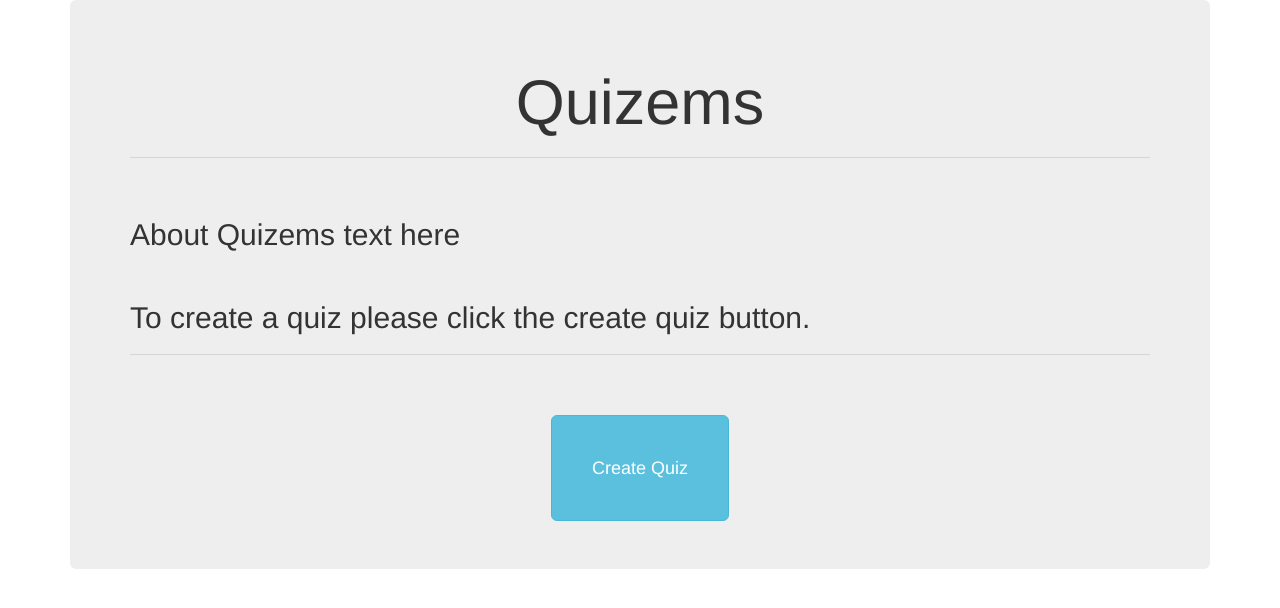
Repository: phillipdacosta/QuizemsNew
Page: /
An editor plug-in stored every save of this project. The page is shown before and after the next save, followed by the edit.
The browser window is 1280 px wide. The pictures show the whole page.
Some web libraries are served in a nearby version. The project was rebuilt for these pictures with package versions that can differ from the ones it lists, and the page was loaded fresh each time. Also part of the build but not shown: angular.json, src/app/professor/professor.component.ts, src/app/data.service.ts, src/app/question.model.ts, src/app/quiz/quiz.component.ts, src/app/student/student.component.ts, src/app/questions/questions.component.ts, src/app/question-display/question-display.component.ts and 1 more.

Above is the page before, as saved 2019-06-30 16:18:25.

### src/index.html
<!doctype html>
<html>
<head>
  <meta charset="utf-8">
  <title>Angular Bootstrap Demo</title>
  <base href="/">
  <meta name="viewport" content="width=device-width, initial-scale=1">
  <link rel="icon" type="image/x-icon" href="favicon.ico">
  <link rel="stylesheet" href="https://maxcdn.bootstrapcdn.com/bootstrap/3.3.7/css/bootstrap.min.css" integrity="sha384-BVYiiSIFeK1dGmJRAkycuHAHRg32OmUcww7on3RYdg4Va+PmSTsz/K68vbdEjh4u" crossorigin="anonymous">
</head>
<body>
  <app-root>Loading...</app-root>
  <script src="https://code.jquery.com/jquery-3.1.1.min.js" integrity="sha256-hVVnYaiADRTO2PzUGmuLJr8BLUSjGIZsDYGmIJLv2b8=" crossorigin="anonymous"></script>
  <script src="https://maxcdn.bootstrapcdn.com/bootstrap/3.3.7/js/bootstrap.min.js" integrity="sha384-Tc5IQib027qvyjSMfHjOMaLkfuWVxZxUPnCJA7l2mCWNIpG9mGCD8wGNIcPD7Txa" crossorigin="anonymous"></script>
</body>
</html>

### src/app/app-routing.module.ts
import { NgModule } from '@angular/core';
import { Routes, RouterModule } from '@angular/router';
import { ProfessorComponent } from './professor/professor.component';
import { QuestionsComponent } from './questions/questions.component';
import { QuizComponent } from './quiz/quiz.component';
import { AboutComponent } from './about/about.component';

const routes: Routes = [

  {
    path: '',
    component: AboutComponent,

 } ,

  {
    path: 'home',
    component: ProfessorComponent,

 } ,


 {
  path: 'quiz',
  component: QuizComponent

}

];

@NgModule({
  imports: [RouterModule.forRoot(routes), RouterModule.forRoot(routes,{useHash:true})],
  exports: [RouterModule]
})
export class AppRoutingModule { }

### src/app/app.component.ts
import { Component } from '@angular/core';

@Component({
  selector: 'app-root',
  templateUrl: './app.component.html',
  styleUrls: ['./app.component.css']
})
export class AppComponent {
  title = 'quizems';
}

### src/app/about/about.component.ts
import { Component, OnInit } from '@angular/core';
import { Router } from '@angular/router';

@Component({
  selector: 'app-about',
  templateUrl: './about.component.html',
  styleUrls: ['./about.component.css']
})
export class AboutComponent implements OnInit {

  constructor(private router : Router) { }

  navigateToQuiz() {

    this.router.navigateByUrl('home');
  }

  ngOnInit() {
  }

}

### src/app/about/about.component.html

<div class = "container">

<div class = "jumbotron">



<h1 class = "welcomeText">

    Quizems
  </h1>

  <hr>
  <br>
  <h2>

     About Quizems text here
   </h2>

<br>

<h2>
  To create a quiz please click the create quiz button.
</h2>

<hr>
<br>

  <br>

  <div class = "col text-center">



<button type="button" class="btn btn-info btn-lg" (click) = "navigateToQuiz()">Create Quiz</button>

</div>
</div>

</div>

### src/app/about/about.component.css
.welcomeText{

    text-align: center;
}

.btn{

    padding: 40px 40px;
}

Loaded but not shown: src/styles.css (common file); src/main.ts (common file); src/app/app.module.ts (common file); src/environments/environment.ts (common file); src/app/app.component.html (common file); src/app/app.component.css (no stored copy; drawn as an empty file)

After the next save:
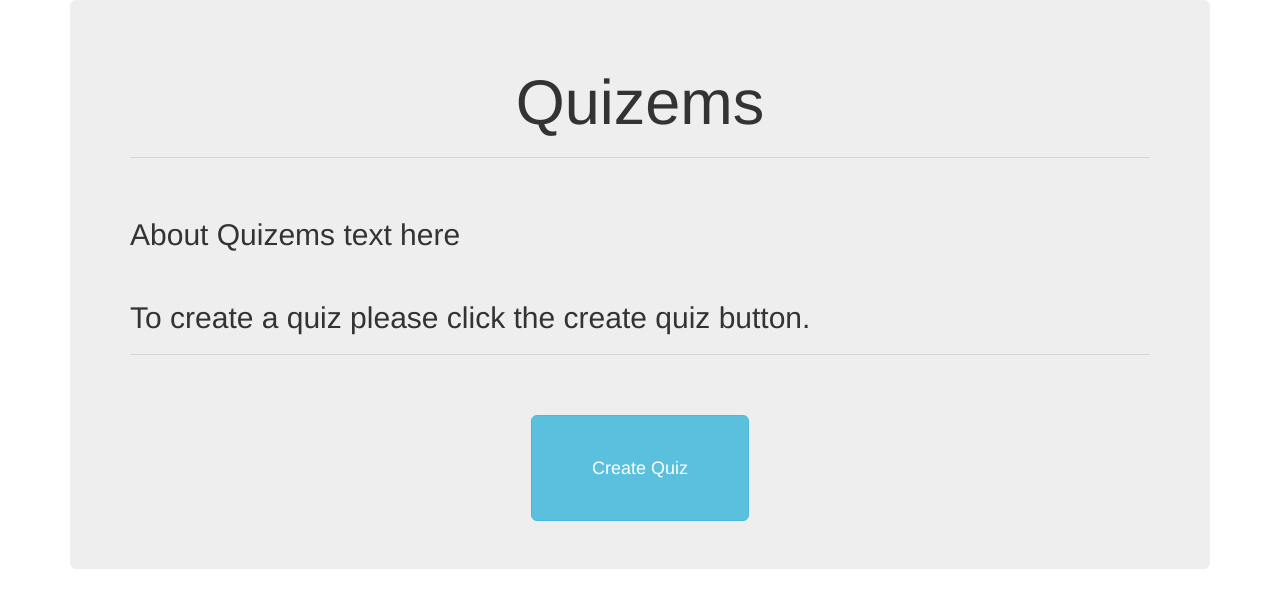
Saved 14 s later.
--- a/src/app/about/about.component.css
+++ b/src/app/about/about.component.css
@@ -5,5 +5,5 @@
 
 .btn{
 
-    padding: 40px 40px;
+    padding: 40px 60px;
 }
